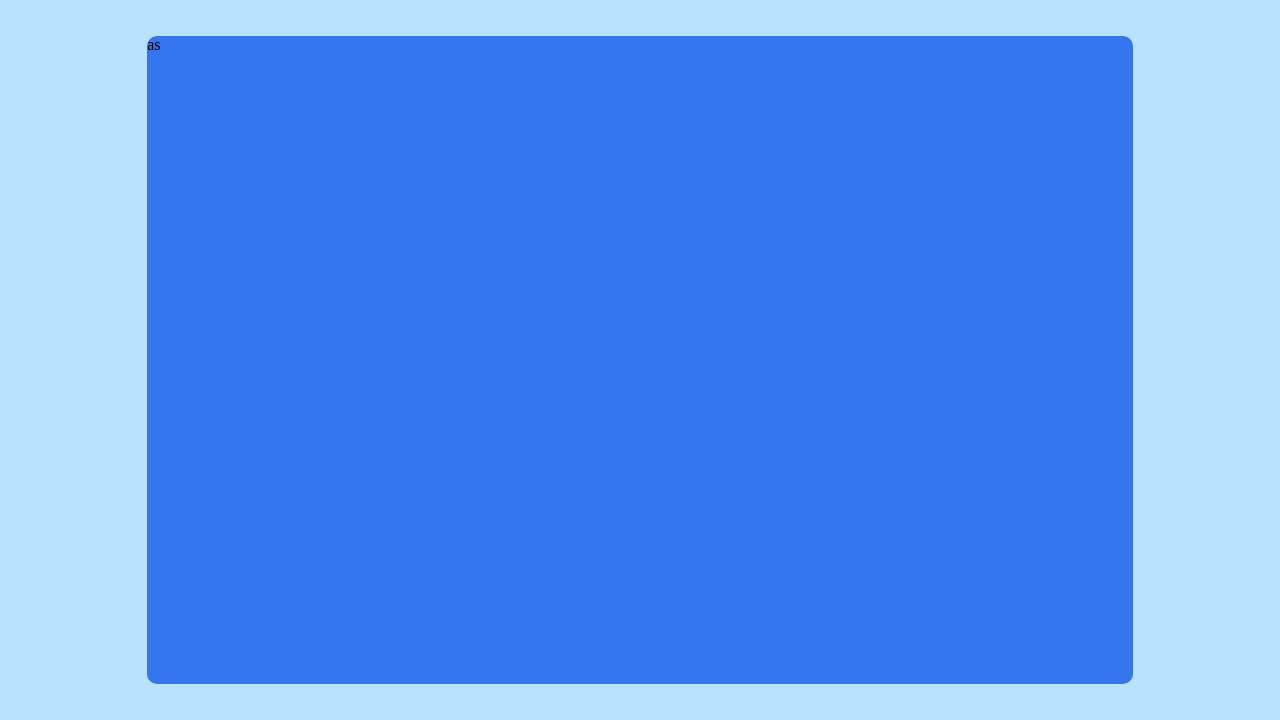
Repository: arafat877/super-chat
Page: /
The author's editor kept a copy of each file at every save. The page is drawn from the files as they stood at one save, then again after the next save.
The browser window is 1280 px wide. The pictures show the whole page.
The project was rebuilt for these pictures with package versions that can differ from the ones it lists, and the page was loaded fresh each time. Also part of the build but not shown: src/App.scss.

Above is the page before, as saved 2020-08-05 14:02:43.

### public/index.html
<!DOCTYPE html>
<html lang="en">
  <head>
    <meta charset="utf-8" />
    <meta name="viewport" content="width=device-width, initial-scale=1" />
    <meta name="theme-color" content="#000000" />
    <meta
      name="description"
      content="Chat application with node.js, express, react.js, mongoDb and socket.io"
    />
    <link rel="stylesheet" href="styles.css">
    <link rel="stylesheet" href="https://fonts.googleapis.com/css?family=Roboto:300,400,500,700&display=swap" />

    <title>Super Chat</title>
  </head>
  <body>
    <noscript>You need to enable JavaScript to run this app.</noscript>
    <div id="root"></div>
  </body>
</html>

### src/App.js
import React from "react";
import "./App.scss";
import { Container, Grid, Paper } from "@material-ui/core";
import { makeStyles } from "@material-ui/core/styles";
import {
  Message,
  GroupWork,
  Chat,
  Palette,
  Settings,
  PeopleAlt,
} from "@material-ui/icons";

const useStyles = makeStyles((theme) => ({
  container: {
    backgroundColor: "#b7e3fe",
    height: "100vh",
    display: "flex",
  },
  innerContainer: {
    backgroundColor: "#3576ef",
    margin: "auto",
    height: "90%",
    width: "80%",
    borderRadius: "10px",
  },
}));

function App() {
  const classes = useStyles();

  return (
    <Container className={classes.container}>
      <Grid container containerer className={classes.innerContainer}>
        <Grid item xs={12}>
          as
        </Grid>
      </Grid>
    </Container>
  );
}

export default App;

Loaded but not shown: src/index.js (common file); public/styles.css (common file)

After the next save:
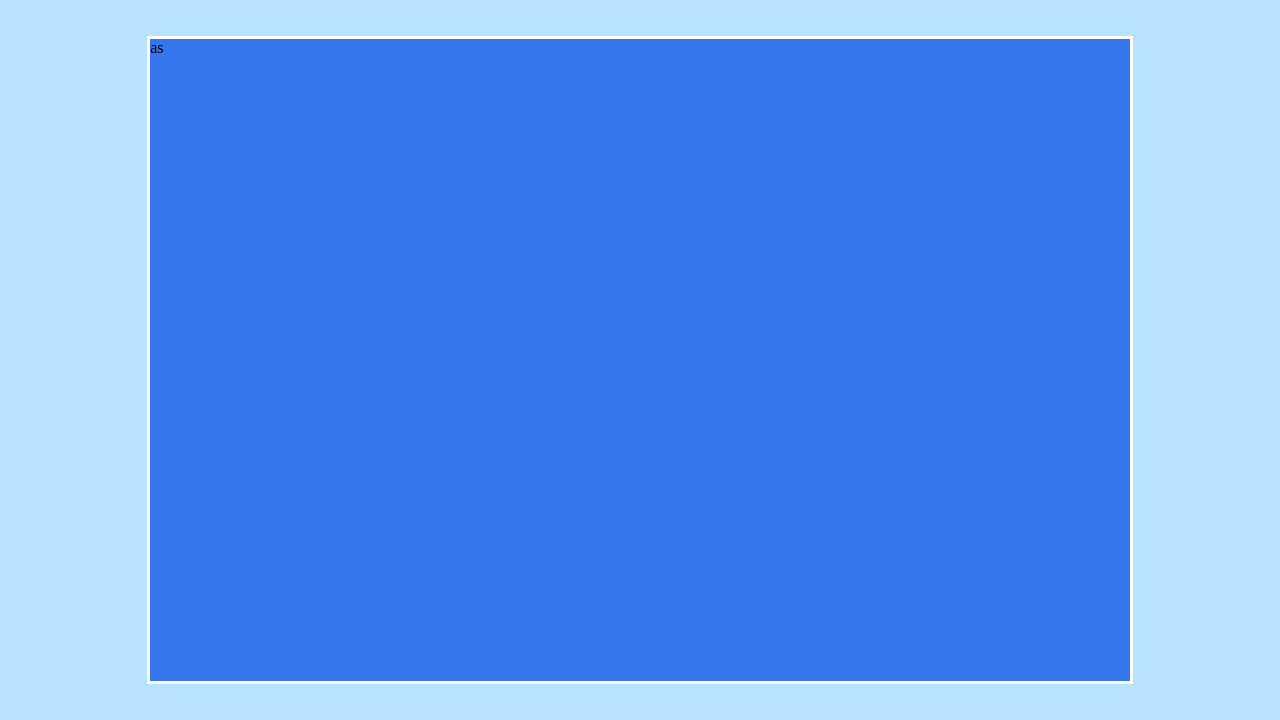
Saved 63 s later.
--- a/src/App.js
+++ b/src/App.js
@@ -24,6 +24,9 @@ const useStyles = makeStyles((theme) => ({
     width: "80%",
     borderRadius: "10px",
   },
+  column1: {
+    border:'solid white'
+  }
 }));
 
 function App() {
@@ -32,7 +35,7 @@ function App() {
   return (
     <Container className={classes.container}>
       <Grid container containerer className={classes.innerContainer}>
-        <Grid item xs={12}>
+        <Grid item className={classes.column1} xs={12}>
           as
         </Grid>
       </Grid>
